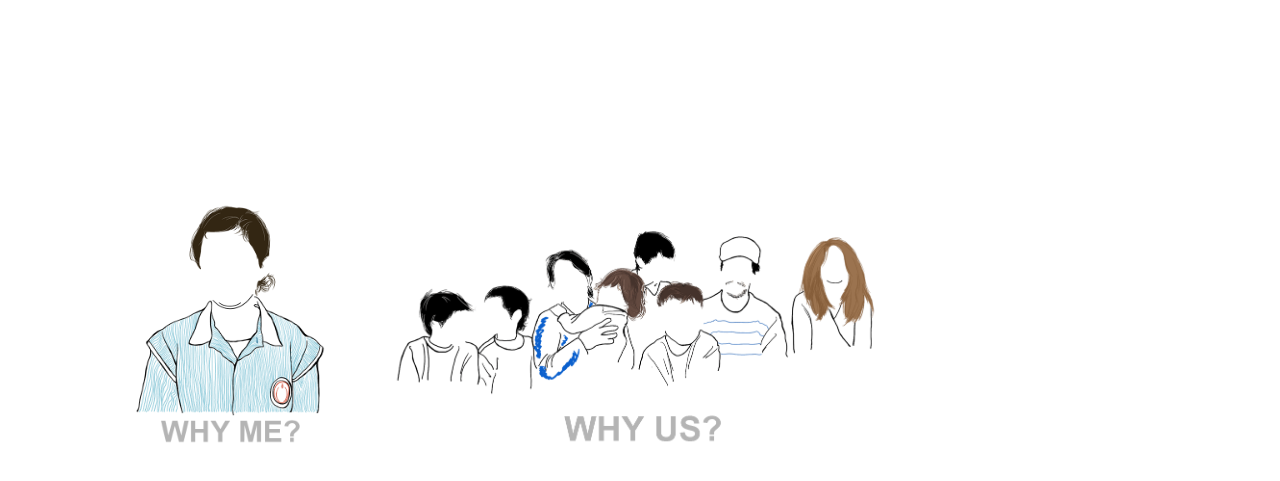
Repository: Lettie123/webpr4
Page: 04.html
The author's editor kept a copy of each file at every save. The page is drawn from the files as they stood at one save, then again after the next save.
The browser window is 1280 px wide. The pictures show the whole page.

Above is the page before, as saved 2020-11-23 23:57:10.

After the next save:
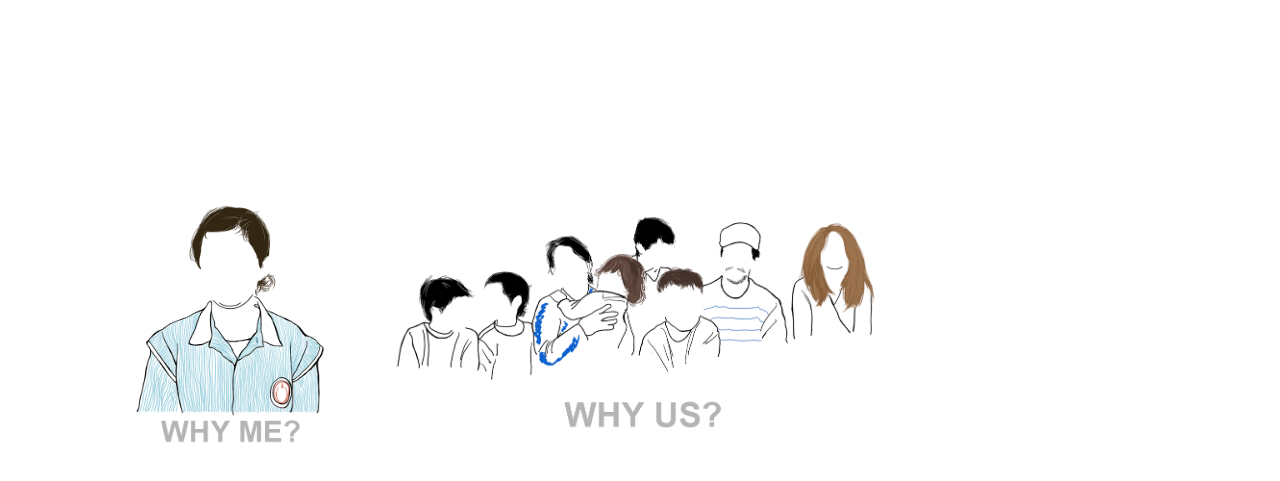
Saved 5 s later.
--- a/style05.css
+++ b/style05.css
@@ -18,7 +18,7 @@ body {
     height: 500px;
 	position: absolute;
 	left: 50%;
-	top: 57%;
+	top: 55%;
     transform: translate(-50%,-50%);
     color: #B4B4B4;
 }
